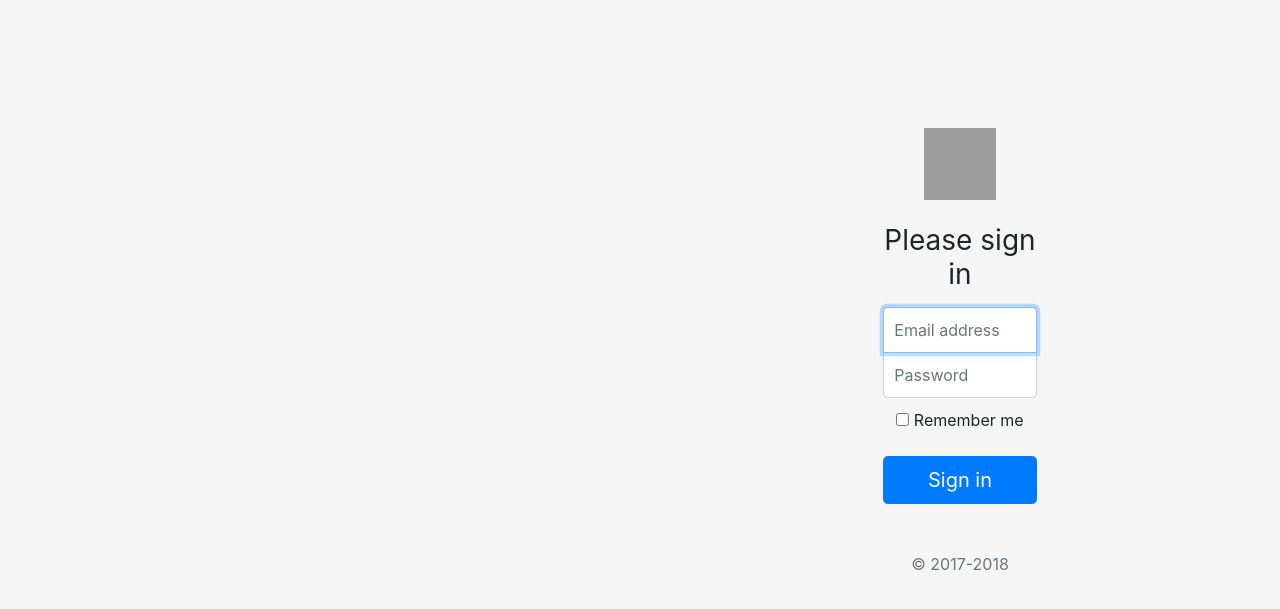
Repository: DonWhelan/Request-Hub
Page: http://localhost/test/test.php
The author's editor kept a record of every edit. The page is drawn from the files as they stood at one moment, then again after the next edit.
The browser window is 1280 px wide. The pictures show the whole page.
Pictures or frames that could not be fetched are drawn as grey boxes. The page is run by PHP 8.4 with error messages shown; the project is at /var/www/html/.

Above is the page before.

### test/test.php
<!doctype html>
<html lang="en">

<head>
    <meta charset="utf-8">
    <meta name="viewport" content="width=device-width, initial-scale=1, shrink-to-fit=no">
    <meta name="description" content="">
    <meta name="author" content="">

    <title>Signin Template for Bootstrap</title>

    <!-- Bootstrap core CSS -->
    <link href="../style/bootstrap-4.0.0-dist/css/bootstrap.min.css" rel="stylesheet">

    <!-- Custom styles for this template -->
    <link href="signin.css" rel="stylesheet">
</head>

<body class="text-center">
    <div class="container">
        <div class="row">
            <div class="col-sm-12" style="height:130px">
            </div>
        </div>
    </div>

    <div class="container">
        <div class="row">
            <div class="col-sm-4">
            </div>
            <div class="col-sm-4">
                <form class="form-signin">
                    <img class="mb-4" src="https://getbootstrap.com/assets/brand/bootstrap-solid.svg" alt="" width="72" height="72">
                    <h1 class="h3 mb-3 font-weight-normal">Please sign in</h1>
                    <label for="inputEmail" class="sr-only">Email address</label>
                    <input type="email" id="inputEmail" class="form-control" placeholder="Email address" required autofocus>
                    <label for="inputPassword" class="sr-only">Password</label>
                    <input type="password" id="inputPassword" class="form-control" placeholder="Password" required>
                    <div class="checkbox mb-3">
                        <label>
                            <input type="checkbox" value="remember-me"> Remember me
                        </label>
                    </div>
                    <button class="btn btn-lg btn-primary btn-block" type="submit">Sign in</button>
                    <p class="mt-5 mb-3 text-muted">&copy; 2017-2018</p>
                </form>
            </div>
        </div>
    </div>

</body>

</html>

### assets/css/signIn.css
html,
body {
  height: 100%;
}

body {
  display: -ms-flexbox;
  display: -webkit-box;
  display: flex;
  -ms-flex-align: center;
  -ms-flex-pack: center;
  -webkit-box-align: center;
  align-items: center;
  -webkit-box-pack: center;
  justify-content: center;
  padding-top: 40px;
  padding-bottom: 40px;
  background-color: #f5f5f5;
}

.form-signin {
  width: 100%;
  max-width: 330px;
  padding: 15px;
  margin: 0 auto;
}
.form-signin .checkbox {
  font-weight: 400;
}
.form-signin .form-control {
  position: relative;
  box-sizing: border-box;
  height: auto;
  padding: 10px;
  font-size: 16px;
}
.form-signin .form-control:focus {
  z-index: 2;
}
.form-signin input[type="email"] {
  margin-bottom: -1px;
  border-bottom-right-radius: 0;
  border-bottom-left-radius: 0;
}
.form-signin input[type="password"] {
  margin-bottom: 10px;
  border-top-left-radius: 0;
  border-top-right-radius: 0;
}

Loaded but not shown: style/bootstrap-4.0.0-dist/css/bootstrap.min.css (library)

After the next edit:
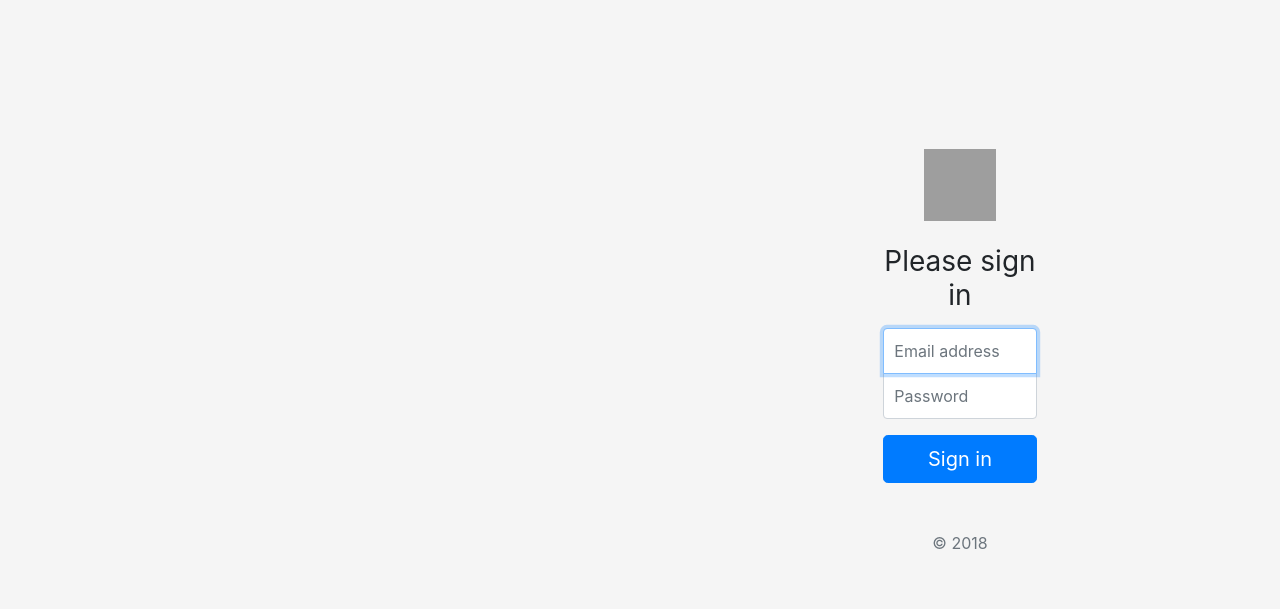
The edit:
--- a/test/test.php
+++ b/test/test.php
@@ -37,12 +37,9 @@
                     <label for="inputPassword" class="sr-only">Password</label>
                     <input type="password" id="inputPassword" class="form-control" placeholder="Password" required>
                     <div class="checkbox mb-3">
-                        <label>
-                            <input type="checkbox" value="remember-me"> Remember me
-                        </label>
                     </div>
                     <button class="btn btn-lg btn-primary btn-block" type="submit">Sign in</button>
-                    <p class="mt-5 mb-3 text-muted">&copy; 2017-2018</p>
+                    <p class="mt-5 mb-3 text-muted">&copy; 2018</p>
                 </form>
             </div>
         </div>
